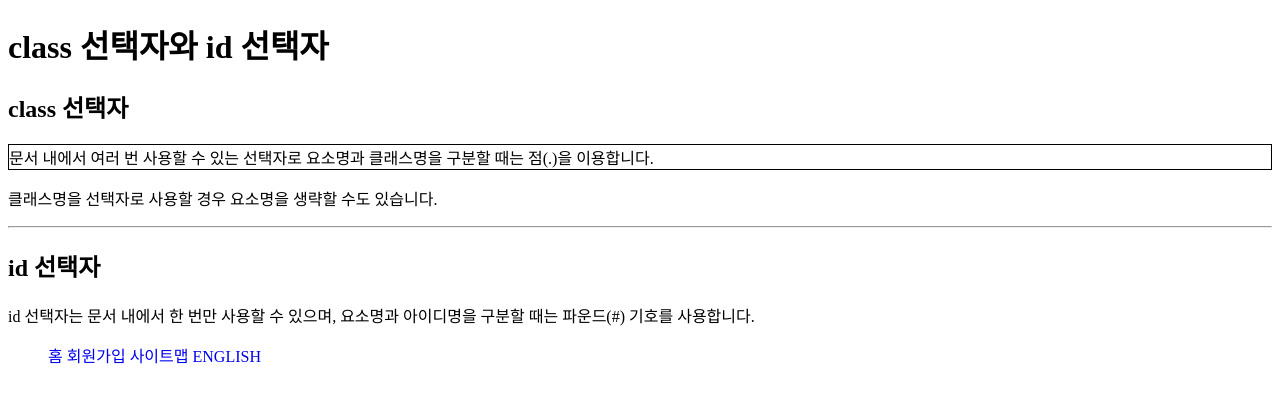
Repository: WonSeungUn/VSCODE
Page: web_work/CSS/WebContent/css_exam01.html
The author's editor kept a copy of each file at every save. The page is drawn from the files as they stood at one save, then again after the next save.
The browser window is 1280 px wide. The pictures show the whole page.

Above is the page before, as saved 2024-07-09 01:30:35.

After the next save:
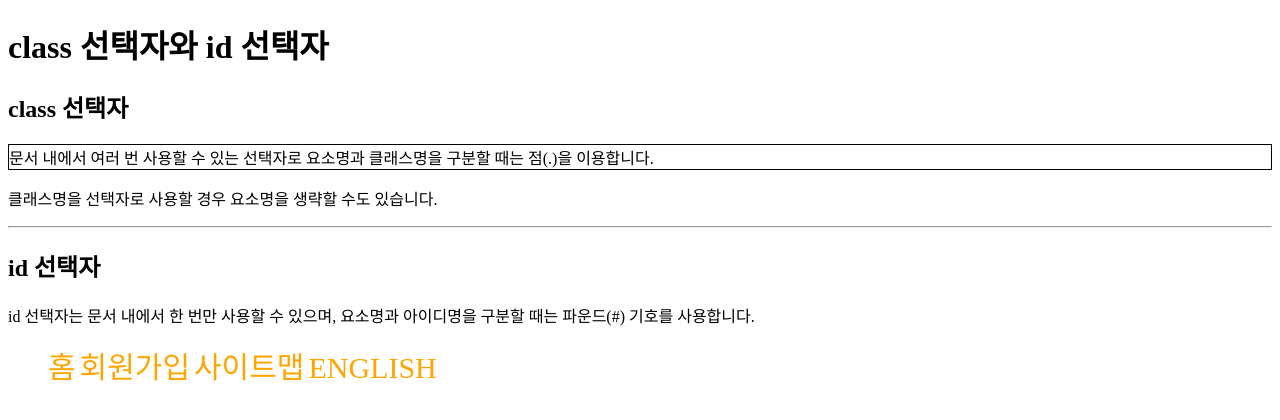
Saved 95 s later.
--- a/web_work/CSS/WebContent/css_exam01.html
+++ b/web_work/CSS/WebContent/css_exam01.html
@@ -20,8 +20,11 @@
 			display: inline;
 		}
 
-		#gnb li a {
+		#gnb a {
 			text-decoration: none;
+			font-size : 30px;
+			color : orange;
+
 		}
 	</style>
 </head>
